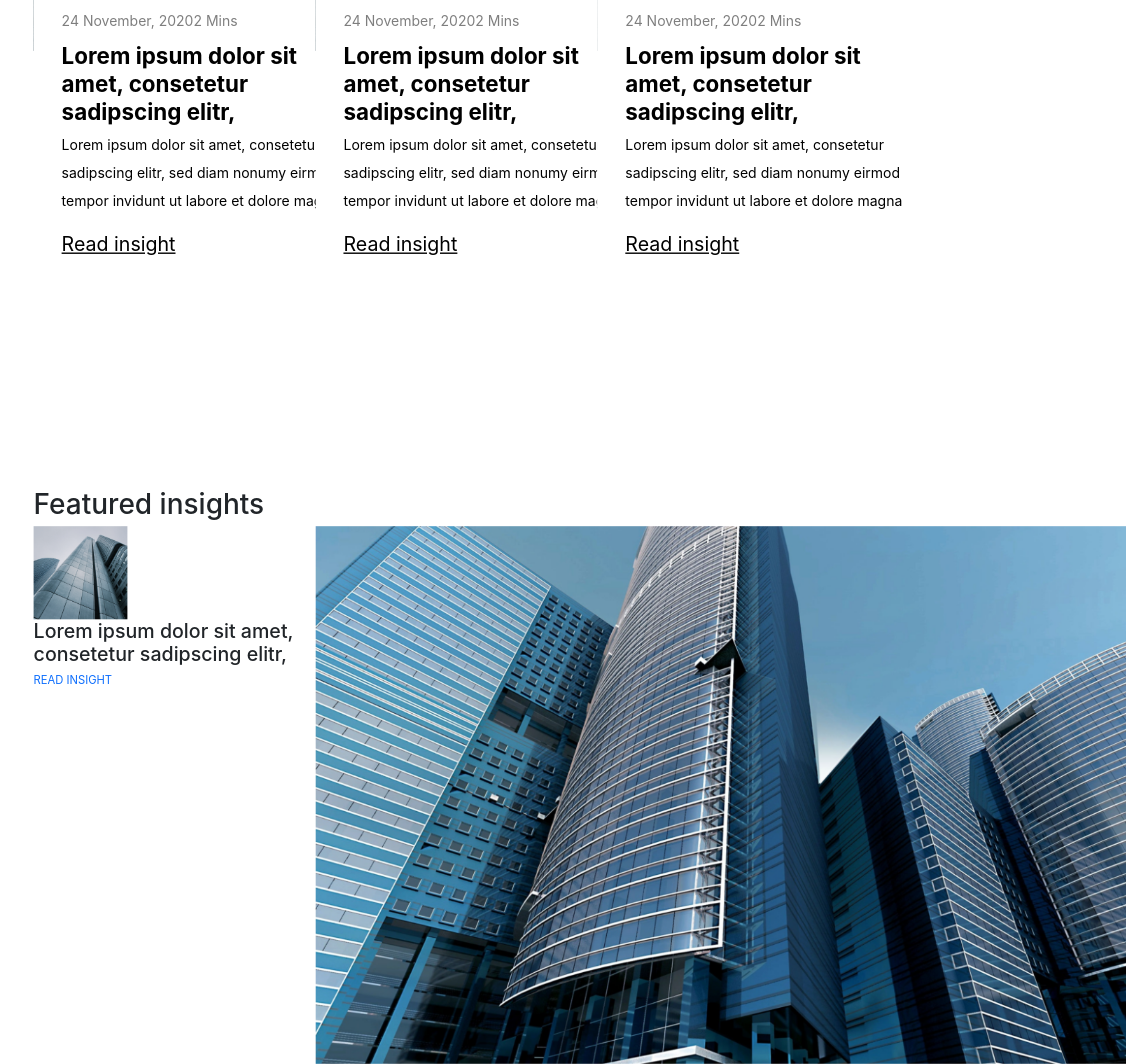
Repository: arif286/Business-webpage
Page: /
An editor plug-in stored every save of this project. The page is shown before and after the next save, followed by the edit.
The browser window is 1280 px wide. The page is 1609 px wide, so the pictures cover 1609 px, including what lies to the right of the window. The pictures show the part of the page from y = 1584 to 3104 px (the page is 3104 px tall before and 3024 px after), at 70% of full size.
The project was rebuilt for these pictures with package versions that can differ from the ones it lists, and the page was loaded fresh each time. Also part of the build but not shown: src/components/MainHeader/MainHeader.css, src/components/NotFound/NotFound.js.

Above is the page before, as saved 2021-05-27 13:44:45.

### src/App.js
import "bootstrap/dist/css/bootstrap.min.css";
import { BrowserRouter as Router, Route, Switch } from "react-router-dom";
import Home from "./components/Home/Home";
import NotFound from "./components/NotFound/NotFound";
function App() {
  return (
    <Router>
      <Switch>
        <Route path="/">
          <Home />
        </Route>
        <Route exact path="/">
          <Home />
        </Route>
        <Route path="*">
          <NotFound />
        </Route>
      </Switch>
    </Router>
  );
}

export default App;

### src/components/Home/Home.js
import React from 'react';
import Blog from '../Blog/Blog';
import Community from '../Community/Community';
import Featured from '../Featured/Featured';
import MainHeader from '../MainHeader/MainHeader';
import Testimonial from '../Testimonial/Testimonial';
import TopHeader from '../TopHeader/TopHeader';

const Home = () => {
    return (
        <>
            <TopHeader />
            <MainHeader />
            <Community />
            <Testimonial />
            <Blog />
            <Featured/>
        </>
    );
};

export default Home;

### src/components/Blog/Blog.js
import React from "react";
import { Col, Row } from "react-bootstrap";
import blogImage from '../../Images/event-1.png';
import "./Blog.css";

const Blog = () => {
  return (
    <div className="px-5 event-area">
      <h1 className='text-center mt-4 mb-4'>What's new</h1>
      <Row>
        <Col lg={4}>
          <div className="blog-wrap">
            <div className="blog-img">
              <img className="w-100 h-100" src={blogImage} alt="" />
              <a className="ig-btn" href="h">
                AUTOMATION
              </a>
            </div>
            <div className="event-content-wrap new-wrap">
              <div className="event-content-top-fx">
                <div className="single-top">
                  <p>
                    24 November, 2020
                    <span>2 Mins</span>
                  </p>
                </div>
                <div className="new-box-wrap">
                  <h4>
                    Lorem ipsum dolor sit amet, consetetur sadipscing elitr,
                  </h4>
                  <p>
                    Lorem ipsum dolor sit amet, consetetur sadipscing elitr, sed
                    diam nonumy eirmod tempor invidunt ut labore et dolore magna
                  </p>
                  <a href="http">
                    Read insight
                  </a>
                </div>
              </div>
            </div>
          </div>
        </Col>
        <Col lg={4}>
          <div className="blog-wrap">
            <div className="blog-img">
              <img className="w-100 h-100" src={blogImage} alt="" />
              <a href="h" className="ig-btn">
                AUTOMATION
              </a>
            </div>
            <div className="event-content-wrap new-wrap">
              <div className="event-content-top-fx">
                <div className="single-top">
                  <p>
                    24 November, 2020
                    <span>2 Mins</span>
                  </p>
                </div>
                <div className="new-box-wrap">
                  <h4>
                    Lorem ipsum dolor sit amet, consetetur sadipscing elitr,
                  </h4>
                  <p>
                    Lorem ipsum dolor sit amet, consetetur sadipscing elitr, sed
                    diam nonumy eirmod tempor invidunt ut labore et dolore magna
                  </p>
                  <a href="http">Read insight</a>
                </div>
              </div>
            </div>
          </div>
        </Col>
        <Col lg={4}>
          <div className="blog-wrap">
            <div className="blog-img">
              <img className="w-100 h-100" src={blogImage} alt="" />
              <a href="h" className="ig-btn">
                AUTOMATION
              </a>
            </div>
            <div className="event-content-wrap new-wrap">
              <div className="event-content-top-fx">
                <div className="single-top">
                  <p>
                    24 November, 2020
                    <span>2 Mins</span>
                  </p>
                </div>
                <div className="new-box-wrap">
                  <h4>
                    Lorem ipsum dolor sit amet, consetetur sadipscing elitr,
                  </h4>
                  <p>
                    Lorem ipsum dolor sit amet, consetetur sadipscing elitr, sed
                    diam nonumy eirmod tempor invidunt ut labore et dolore magna
                  </p>
                  <a href="http">Read insight</a>
                </div>
              </div>
            </div>
          </div>
        </Col>
      </Row>
    </div>
  );
};

export default Blog;

### src/components/Community/Community.js
import React from 'react';
import { Col, Row } from 'react-bootstrap';
import './Community.css';

const Community = () => {
    return (
      <div className='px-5'>
        <h2 className="engage-title">Engage with our community</h2>
        <Row>
          <Col md={12} lg={4} className="pb-4">
            <div className="engage-text engage-1">
              <p>Connect & Network with our community of thought leaders</p>
            </div>
          </Col>
          <Col md={12} lg={4} className="pb-4">
            <div className="engage-text engage-2">
              <p>Connect & Network with our community of thought leaders</p>
            </div>
          </Col>
          <Col md={12} lg={4} className="pb-4">
            <div className="engage-text engage-2">
              <p>Connect & Network with our community of thought leaders</p>
            </div>
          </Col>
        </Row>
      </div>
    );
};

export default Community;

### src/components/Featured/Featured.js
import React from 'react';
import { Col, Row } from 'react-bootstrap';
import sideBanner from '../../Images/f1.png';
import featuredImage from '../../Images/f3.png';
const Featured = () => {
    return (
        <div className='px-5'>
            <h1>Featured insights</h1>
            <Row>
                <Col md={12} lg={4}>
                    <div className='single-featured-box'>
                        <img src={featuredImage} alt='' />
                        <div className='featured-box-content'>
                            <h3>Lorem ipsum dolor sit amet, consetetur sadipscing elitr,</h3>
                            <a href="http">READ INSIGHT</a>
                        </div>
                    </div>
                </Col>
                <Col md={12} lg={8}>
                    <img src={sideBanner} alt="" />
                </Col>
            </Row>
        </div>
    );
};

export default Featured;

### src/components/MainHeader/MainHeader.js
import { faBars } from '@fortawesome/free-solid-svg-icons';
import { FontAwesomeIcon } from "@fortawesome/react-fontawesome";
import React from 'react';
import { Nav, Navbar } from 'react-bootstrap';
import './MainHeader.css';
const MainHeader = () => {
    const Bars = <FontAwesomeIcon icon={faBars} />;
    return (
      <div className="container-fluid">
        <Navbar className="px-5" expand="md">
          <Navbar.Brand href="#home">{Bars}</Navbar.Brand>
          <Navbar.Toggle aria-controls="basic-navbar-nav" />
          <Navbar.Collapse id="basic-navbar-nav">
            <Nav className="mr-auto">
              <Nav.Link href="#home">Home</Nav.Link>
              <Nav.Link href="#link">Insights</Nav.Link>
              {/* <NavDropdown title="Dropdown" id="basic-nav-dropdown">
                <NavDropdown.Item href="#action/3.1">Action</NavDropdown.Item>
                <NavDropdown.Item href="#action/3.2">
                  Another action
                </NavDropdown.Item>
                <NavDropdown.Item href="#action/3.3">
                  Something
                </NavDropdown.Item>
                <NavDropdown.Divider />
                <NavDropdown.Item href="#action/3.4">
                  Separated link
                </NavDropdown.Item>
              </NavDropdown> */}
              <Nav.Link href="#link">Services</Nav.Link>
              <Nav.Link href="#link">Community</Nav.Link>
              <Nav.Link href="#link">Events</Nav.Link>
              <Nav.Link href="#link">About US</Nav.Link>
            </Nav>
          </Navbar.Collapse>
        </Navbar>
      </div>
    );
};

export default MainHeader;

### src/components/Testimonial/Testimonial.js
import React from "react";
import SliderImage from "../../Images/meer-shap.png";
import Image from '../../Images/meet.png';
import './Testimonial.css';

const Testimonial = () => {
  return (
    <div className="px-5">
      <div
        id="carouselExampleIndicators"
        class="carousel slide"
        data-bs-ride="carousel"
      >
        <div class="carousel-indicators">
          <button
            type="button"
            data-bs-target="#carouselExampleIndicators"
            data-bs-slide-to="0"
            class="active"
            aria-current="true"
            aria-label="Slide 1"
          ></button>
          <button
            type="button"
            data-bs-target="#carouselExampleIndicators"
            data-bs-slide-to="1"
            aria-label="Slide 2"
          ></button>
        </div>
        <div className="carousel-inner">
          <div class="carousel-item carousel-bg active">
            <div className="meet-bg">
              <img src={SliderImage} alt="" />
            </div>
            <div className="testi-btn">
              <a href="http">Testimonial</a>
            </div>
            <div className="row">
              <div className='d-lg-flex align-items-center '>
                <div className="meet-img text-center">
                  <img src={Image} alt="" />
                </div>
                <div className="meet-content text-center pb-5">
                  <h4>Meet Edward, CEO of HappyFoods</h4>
                  <p>
                    “Working with the syndicate involves carefully analysing
                    rapidly changing trends & creating the future”
                  </p>
                  <a href="http">CONNECT WITH AN ANALYST</a>
                </div>
              </div>
            </div>
          </div>
          <div class="carousel-item carousel-bg ">
            <div className="meet-bg">
              <img src={SliderImage} alt="" />
            </div>
            <div className="test-btn">
              <a href="http">Testimonial</a>
            </div>
            <div className="row">
              <div>
                <div className="meet-img">
                  <img src={Image} alt="" />
                </div>
                <div className="meet-content">
                  <h4>Meet Edward, CEO of HappyFoods</h4>
                  <p>
                    “Working with the syndicate involves carefully analysing
                    rapidly changing trends & creating the future”
                  </p>
                  <a href="http">CONNECT WITH AN ANALYST</a>
                </div>
              </div>
            </div>
          </div>
        </div>
      </div>
    </div>
  );
};

export default Testimonial;

### src/components/TopHeader/TopHeader.js
import { faFacebook, faInstagram, faLinkedin, faTwitter } from '@fortawesome/free-brands-svg-icons';
import { FontAwesomeIcon } from "@fortawesome/react-fontawesome";
import React from 'react';
import { Col, Row } from 'react-bootstrap';
import './TopHeader.css';

const TopHeader = () => {
    const Facebook = <FontAwesomeIcon icon={faFacebook} />;
    const Twitter = <FontAwesomeIcon icon={faTwitter} />;
    const Instagram = <FontAwesomeIcon icon={faInstagram} />;
    const LinkedIn = <FontAwesomeIcon icon={faLinkedin} />;
    return (
      <div className="header-top">
        <div className="container-fluid">
          <Row>
            <Col lg={12}>
              <div className="d-flex align-items-center justify-content-between">
                <div className="header-top-icon">
                  <a href="#h">{Facebook}</a>
                  <a href="#h">{Instagram}</a>
                  <a href="#h">{Twitter}</a>
                  <a href="#h">{LinkedIn}</a>
                </div>
                <div className='header-top-text'>
                  <p>The Analyst syndicate</p>
                </div>
                <div className="header-top-btn">
                  <a href='#l'>Let's Talk</a>
                </div>
              </div>
            </Col>
          </Row>
        </div>
      </div>
    );
};

export default TopHeader;

### src/components/Blog/Blog.css
.event-area {
  height: 980px;
  padding-bottom: 0;
  background: #fff;
}
.single-top p {
  font-size: 20px;
  color: #000;
  opacity: 0.5;
  line-height: 40px;
  margin-bottom: 10px;
}
.blog-img {
  position: relative;
}
.blog-img img {
  transition: 0.6s;
}
.ig-btn {
  width: 165px;
  height: 43px;
  background: #00a6fb;
  display: flex;
  align-items: center;
  justify-content: center;
  color: #fff;
  font-size: 17px;
  font-weight: 700;
  position: absolute;
  top: 30px;
  left: 20px;
  border: 2px solid transparent;
  transition: 0.3s;
}
.blog-wrap {
  position: relative;
}
.event-content-wrap.new-wrap {
  bottom: -327px;
}
.event-content-wrap {
  background: #fff;
  padding: 30px 40px;
  width: 508px;
  position: absolute;
  bottom: -137px;
}
.new-box-wrap h4 {
  font-size: 32px;
  color: #000000;
  line-height: 40px;
  font-weight: 700;
}
.new-box-wrap p {
  font-size: 20px;
  line-height: 40px;
  color: #000000;
  margin-bottom: 20px;
}
.new-box-wrap a {
  font-size: 28px;
  color: #000;
  text-decoration: underline;
}
@media (min-width: 1440px) and (max-width: 1800px) {
  .event-content-wrap {
    background: #fff;
    padding: 30px 40px;
    width: 424px;
    position: absolute;
    bottom: -137px;
  }
  .new-box-wrap h4 {
    font-size: 23px;
    line-height: 28px;
  }
  .new-box-wrap p {
    font-size: 18px;
    line-height: 32px;
    margin-bottom: 20px;
  }
  .new-box-wrap a {
    font-size: 21px;
  }
}

@media (min-width: 992px) and (max-width: 1200px) {
  .event-content-wrap.new-wrap {
    bottom: -223px;
    position: unset;
    bottom: 0;
    margin-top: -78px;
    position: relative;
  }
  .event-content-wrap {
    padding: 20px 20px;
    width: 268px;
    bottom: -137px;
  }
  .new-box-wrap h4 {
    font-size: 19px;
    line-height: 26px;
  }
  .new-box-wrap p {
    font-size: 18px;
    line-height: 25px;
    margin-bottom: 12px;
  }
  .new-box-wrap a {
    font-size: 20px;
  }
}

@media (min-width: 768px) and (max-width: 991px) {
  .event-content-wrap {
    padding: 20px 20px;
    width: 460px;
    bottom: -137px;
    position: relative;
    bottom: 0;
    margin-top: -55px;
  }
  .event-content-wrap.new-wrap {
    bottom: -223px;
    position: unset;
    bottom: 0;
    margin-top: -78px;
    position: relative;
  }
  .new-box-wrap h4 {
    font-size: 20px;
    line-height: 26px;
  }
  .new-box-wrap p {
    font-size: 18px;
    line-height: 25px;
    margin-bottom: 12px;
  }
}
@media only screen and (min-width: 320px) and (max-width: 767px) {
  .single-top p {
    font-size: 18px;
    line-height: 25px;
    margin-bottom: 8px;
  }
  .event-content-wrap {
    padding: 20px 20px;
    width: 300px;
    bottom: -137px;
    position: relative;
    bottom: 0;
    margin-top: -55px;
  }
  .event-content-wrap.new-wrap {
    bottom: -223px;
    position: unset;
    bottom: 0;
    margin-top: -78px;
    position: relative;
  }
  .new-box-wrap h4 {
    font-size: 20px;
    line-height: 26px;
  }
  .new-box-wrap p {
    font-size: 18px;
    line-height: 25px;
    margin-bottom: 12px;
  }
}

### src/components/Community/Community.css
.engage-1 {
  background-image: url(../../Images/e1.png);
}
.engage-2 {
  background-image: url(../../Images/e2.png);
}
.engage-3 {
  background-image: url(../../Images/e3.png);
}
.engage-text {
  height: 560px;
  background-size: 100% 100%;
  background-position: center center;
  padding-left: 50px;
  padding-bottom: 50px;
  display: flex;
  align-items: flex-end;
}
.engage-text p {
  margin: 0;
  color: #fff;
  font-size: 32px;
  font-weight: 700;
  line-height: 44px;
  max-width: 400px;
}
.engage-title {
  text-align: center;
  font-weight: 900;
  text-transform: uppercase;
  font-size: 35px;
  margin-top: 50px;
  margin-bottom: 50px;
}
@media (min-width: 768px) and (max-width: 991px) {
  .engage-text p {
    margin: 0;
    font-size: 20px;
    line-height: 25px;
  }
  .engage-title {
    text-align: center;
    font-weight: 900;
    text-transform: uppercase;
    font-size: 25px;
  }
}

### src/components/Testimonial/Testimonial.css
.carousel-bg {
  background-color: #111111;
}
.testi-btn a {
  width: 308px;
  height: 61px;
  color: #000;
  font-size: 28px;
  display: flex;
  align-items: center;
  justify-content: center;
  background: #91c499;
  position: absolute;
  top: 0;
  right: 0;
  border: 2px solid transparent;
  transition: 0.3s;
}
.meet-img img {
  width: 275px;
  height: 275px;
  margin-right: 35px;
  margin-left: 50px;
}
.meet-content {
  max-width: 970px;
}
.meet-content h4 {
  font-size: 39px;
  color: #fff;
  line-height: 56px;
  margin-bottom: 20px;
}
.meet-content p {
  font-size: 30px;
  color: #fff;
  line-height: 50px;
}
.meet-content a {
  color: #fff;
  font-size: 28px;
  text-decoration: underline;
  font-weight: 600;
}
@media (min-width: 992px) and (max-width: 1200px) {
  .meet-content h4 {
    font-size: 28px;
    line-height: 33px;
    margin-bottom: 6px;
  }
  .meet-content p {
    font-size: 22px;
    line-height: 29px;
    margin-bottom: 10px;
  }
  .meet-content a {
    font-size: 22px;
  }
}
@media only screen and (min-width: 320px) and (max-width: 767px) {
  .meet-content a {
    font-size: 16px;
  }
  .meet-content h4 {
    font-size: 21px;
    line-height: 26px;
    margin-bottom: 6px;
  }
  .meet-content p {
    font-size: 20px;
    line-height: 29px;
    margin-bottom: 17px;
  }
}

### src/components/TopHeader/TopHeader.css
a {
  text-decoration: none;
}
.header-top {
  padding-left: 77px;
  border-bottom: 2px solid #eeeeee;
}
.header-top-icon a {
  width: 30px;
  height: 30px;
  background: #211f20;
  display: inline-block;
  border-radius: 34px;
  text-align: center;
  color: #fff;
  font-size: 14px;
  line-height: 29px;
  margin-right: 7px;
}
.header-top-text p {
  margin: 0;
  font-size: 28px;
  color: #000000;
  font-weight: 700;
  line-height: 32px;
  text-transform: uppercase;
}
.header-top-btn a {
  width: 314px;
  height: 98px;
  background: #111111;
  border: 2px solid transparent;
  transition: 0.3s;
  display: flex;
  align-items: center;
  justify-content: space-between;
  padding-left: 74px;
  padding-right: 80px;
  font-size: 21px;
  color: #fff;
}

Loaded but not shown: public/index.html (common file); src/index.js (common file); src/index.css (common file)

After the next save:
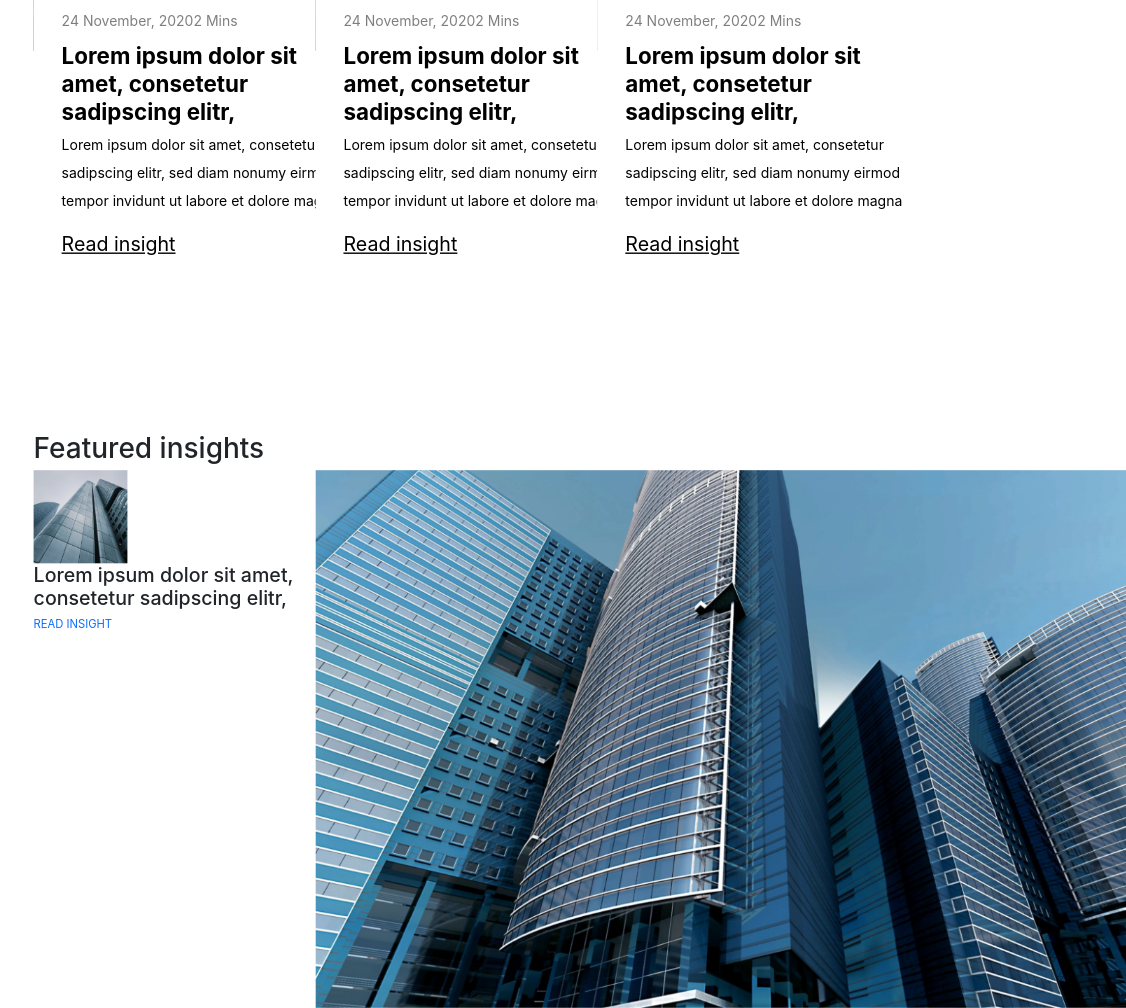
Saved 42 s later.
--- a/src/components/Blog/Blog.css
+++ b/src/components/Blog/Blog.css
@@ -1,5 +1,5 @@
 .event-area {
-  height: 980px;
+  height: 900px;
   padding-bottom: 0;
   background: #fff;
 }
